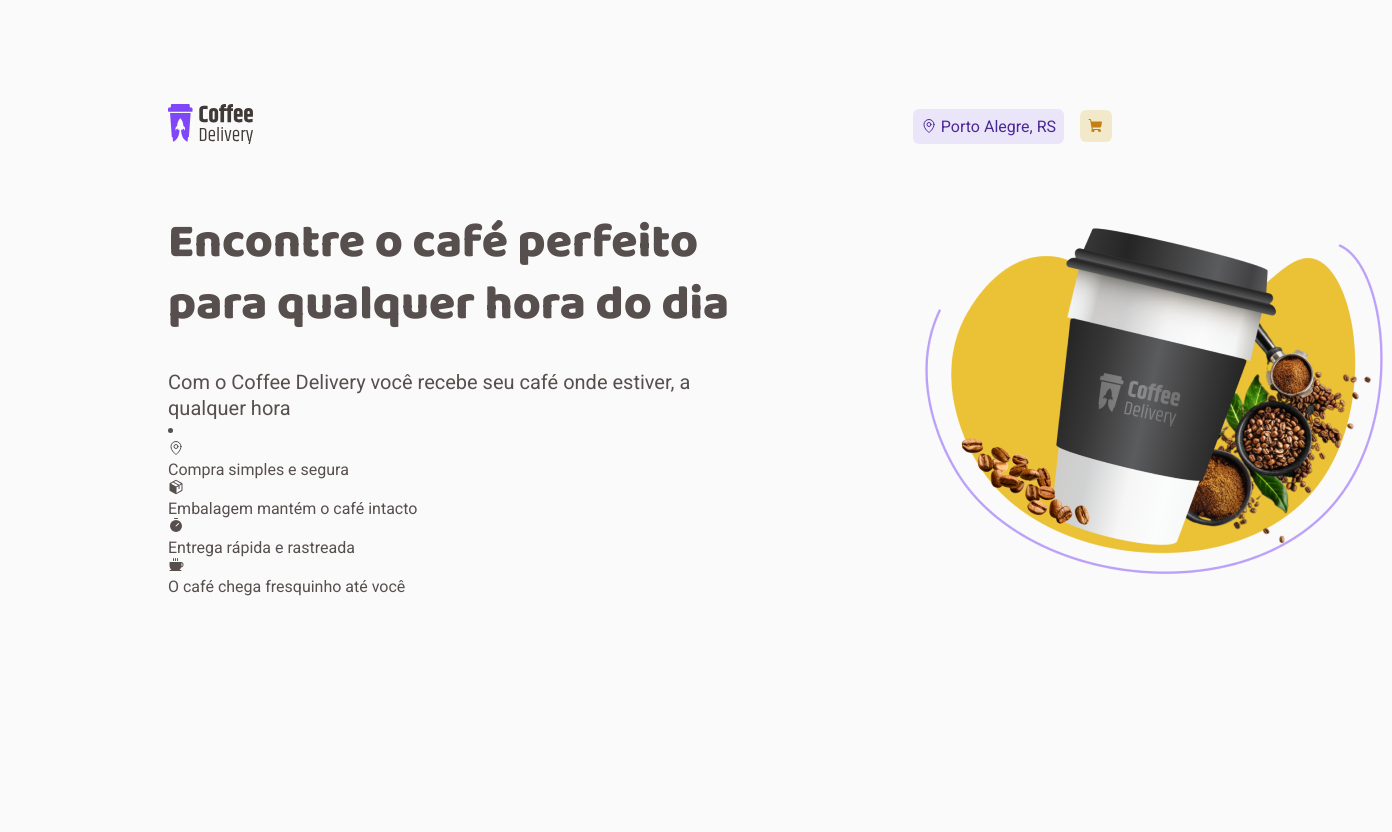
Repository: guilhermecardoso93/react-coffee-delivery
Page: /
These files come from the project's save history. The page is drawn as it stood at one moment and after a run of saves; the edit follows.
The browser window is 1280 px wide. The page is 1392 px wide, then 1280 px, so the pictures cover 1392 px, including what lies to the right of the window. The pictures show the whole page.
The project was rebuilt for these pictures with package versions that can differ from the ones it lists, and the page was loaded fresh each time. Also part of the build but not shown: vite.config.ts.

Above is the page before, as saved 2022-07-17 16:56:19.

### index.html
<!DOCTYPE html>
<html lang="en">
  <head>
    <meta charset="UTF-8" />
    <link rel="icon" type="image/svg+xml" href="/src/assets/favicon.ico" />
    <link rel="preconnect" href="https://fonts.googleapis.com" />
    <link rel="preconnect" href="https://fonts.gstatic.com" crossorigin />
    <meta name="viewport" content="width=device-width, initial-scale=1.0" />
    <link
      href="https://fonts.googleapis.com/css2?family=Baloo+2:wght@700;800&family=Roboto:wght@400;500;700&display=swap"
      rel="stylesheet"
    />
    <title>Coffee Delivery - Rocketseat</title>
  </head>
  <body>
    <div id="root"></div>
    <script type="module" src="/src/main.tsx"></script>
  </body>
</html>

### src/App.tsx
import { ThemeProvider } from "styled-components";
import { defaultTheme } from "./styles/themes/default";
import { GlobalStyle } from "./styles/global";
import { Router } from "./Router";
import { BrowserRouter } from "react-router-dom";

export function App() {
  return (
    <ThemeProvider theme={defaultTheme}>
      <BrowserRouter>
        <Router />
        <GlobalStyle />
      </BrowserRouter>
    </ThemeProvider>
  );
}

### src/styles/themes/default.ts
export const defaultTheme = {
  white: "#FFFFFF",
  background: "#FAFAFA",
  "base-card": "#F3F2F2",
  "base-input": "#EDEDED",
  "base-button": "#E6E5E5",
  "base-hover": "#D7D5D5",
  "base-label": "#8D8686",
  "base-text": "#574F4D",
  "base-subtitle": "#403937",
  "base-title": "#272221",
  "base-error": "#f84747",
  "brand-purple-dark": "#4B2995",
  "brand-purple": "#8047F8",
  "brand-purple-light": "#EBE5F9",
  "brand-yellow-dark": "#C47F17",
  "brand-yellow": "#DBAC2C",
  "brand-yellow-light": "#F1E9C9"
};

### src/styles/global.ts
import { createGlobalStyle } from "styled-components";

export const GlobalStyle = createGlobalStyle`
   * {
    margin: 0;
    padding: 0;
    box-sizing: border-box;
   }


   body {
    background-color: ${(props) => props.theme["background"]};
    color: ${(props) => props.theme["base-text"]};
    -webkit-font-smoothing: antialiased;

   }

   body, input, text-area, button{
    font-family: 'Roboto', sans-serif;
    font-weight: 400;
    font-size: 1rem;
   }
 `;

### src/Router.tsx
import { Route, Routes } from "react-router-dom";
import { Home } from "./components/pages/components/Home";
import { DefaultLayout } from "./layouts/DefaultLayout";

export function Router() {
  return (
    <Routes>
      <Route path="/" element={<DefaultLayout />}>
        <Route path="/" element={<Home />} />
      </Route>
    </Routes>
  );
}

### src/components/pages/components/Home/index.tsx
import { Coffee, MapPin, Package, ShoppingCart, Timer } from "phosphor-react";
import CoffeHome from "../../../../assets/intro-img.png";
import { HomeContainer } from "./styles";

export function Home() {
  return (
    <HomeContainer>
      <div>
        <h1>Encontre o café perfeito para qualquer hora do dia</h1>
        <span>
          Com o Coffee Delivery você recebe seu café onde estiver, a qualquer
          hora
        </span>
        <li>
          <ul>
            <MapPin size={16} />
            <p>Compra simples e segura</p>
          </ul>
          <ul>
            <Package size={16} weight="fill" />
            <p>Embalagem mantém o café intacto</p>
          </ul>
          <ul>
            <Timer size={16} weight="fill" />
            <p>Entrega rápida e rastreada</p>
          </ul>
          <ul>
            <Coffee size={16} weight="fill" />
            <p>O café chega fresquinho até você</p>
          </ul>
        </li>
      </div>
      <div>
        <img src={CoffeHome} alt="" />
      </div>
    </HomeContainer>
  );
}

### src/components/pages/components/Home/styles.ts
import styled from "styled-components";

export const HomeContainer = styled.main`
  display: flex;
  align-items: center;
  justify-content: space-between;
  flex-direction: row;
  gap:10rem;

  h1 {
    font-family: "Baloo 2";
    font-style: normal;
    font-weight: 800;
    font-size: 48px;
    line-height: 130%;
    width: 36.75rem;
    margin-bottom: 2rem;
  }

  span {
    width: 588px;
    height: 52px;

    /* Text/Regular L */

    font-family: "Roboto";
    font-style: normal;
    font-weight: 400;
    font-size: 20px;
    line-height: 130%;
  }
`;

### src/components/Header/index.tsx
import { MapPin, ShoppingCart } from "phosphor-react";
import Logo from "../../assets/logo.svg";
import { HeaderContainer } from "./styles";

export function Header() {
  return (
    <HeaderContainer>
      <div>
        <img src={Logo} alt="" />
      </div>
      <div className="headerInfos">
        <div className="local">
          <MapPin size={16} />
          Porto Alegre, RS
        </div>
        <span className="headerCar">
          <ShoppingCart size={16} weight="fill" />
        </span>
      </div>
    </HeaderContainer>
  );
}

### src/layouts/DefaultLayout/styles.ts
import styled from "styled-components";

export const LayoutContainer = styled.div`
  max-width: 80vw;
  height: calc(100vh - 1rem);
  margin: 4rem auto;
  padding: 2.5rem;
  gap: 4rem;

  display: flex;
  flex-direction: column;
`;

### src/components/Header/styles.ts
import styled from "styled-components";

export const HeaderContainer = styled.header`
  display: flex;
  align-items: center;
  justify-content: space-between;

  nav {
    display: flex;
    gap: 0.5rem;
  }

  .headerInfos {
    display: flex;
    align-items: center;
    justify-content: center;
    gap: 1rem;
  }

  .local {
    display: flex;
    flex-direction: row;
    justify-content: center;
    align-items: center;
    padding: 8px;
    gap: 4px;
    border-radius: 6px;

    background-color: ${(props) => props.theme["brand-purple-light"]};
    color: ${(props) => props.theme["brand-purple-dark"]};
  }

  .headerCar {
    display: flex;
    flex-direction: row;
    justify-content: center;
    align-items: center;
    padding: 8px;
    gap: 4px;
    border-radius: 6px;

    background-color: ${(props) => props.theme["brand-yellow-light"]};
    color: ${(props) => props.theme["brand-yellow-dark"]};
  }
`;

Loaded but not shown: src/main.tsx (common file); src/layouts/DefaultLayout/index.tsx (common file)

After the next 2 saves:
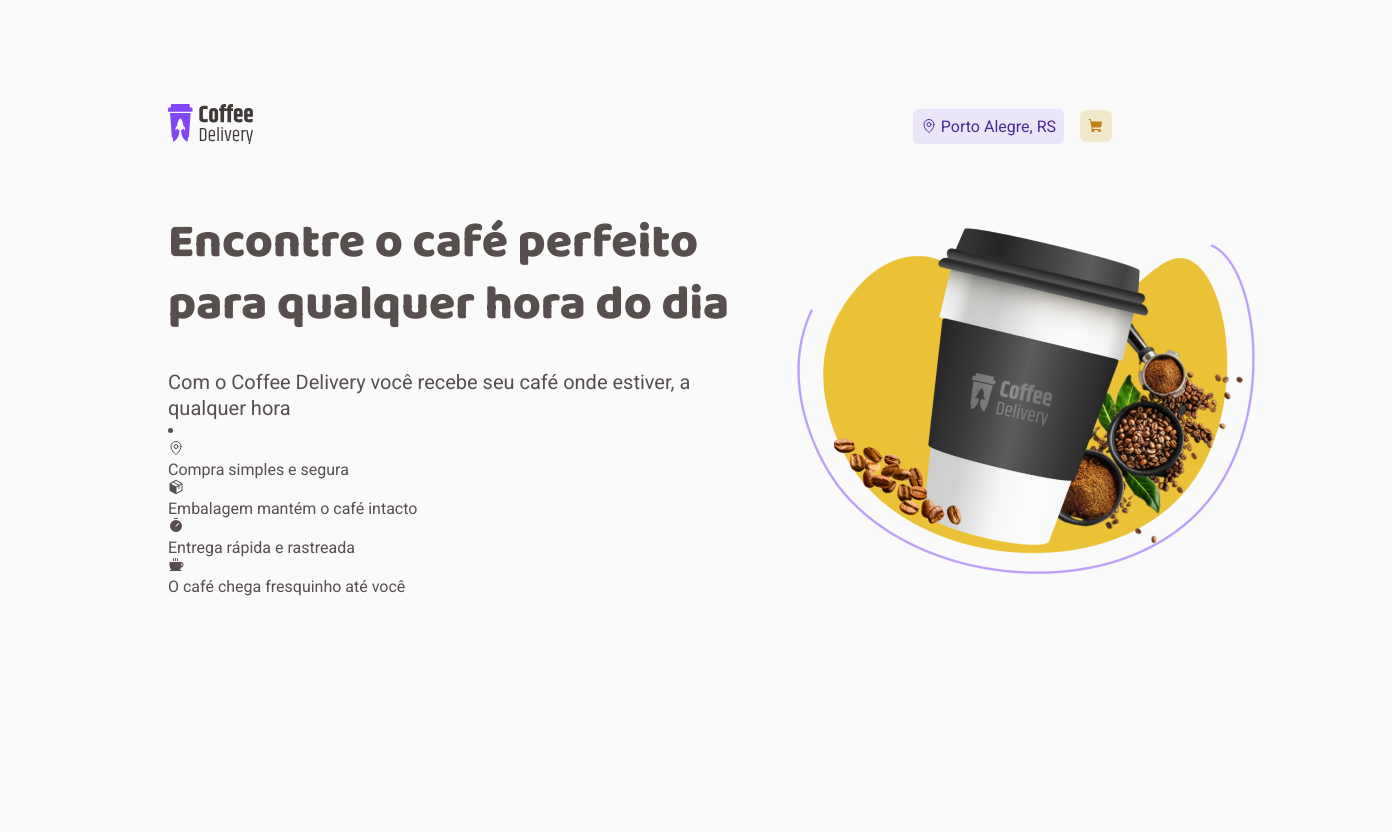
The 2 saves are shown as one change because they came seconds apart.
The last was saved 7 s later.
--- a/src/components/pages/components/Home/styles.ts
+++ b/src/components/pages/components/Home/styles.ts
@@ -5,7 +5,7 @@
   align-items: center;
   justify-content: space-between;
   flex-direction: row;
-  gap:10rem;
+  gap:2rem;
 
   h1 {
     font-family: "Baloo 2";
